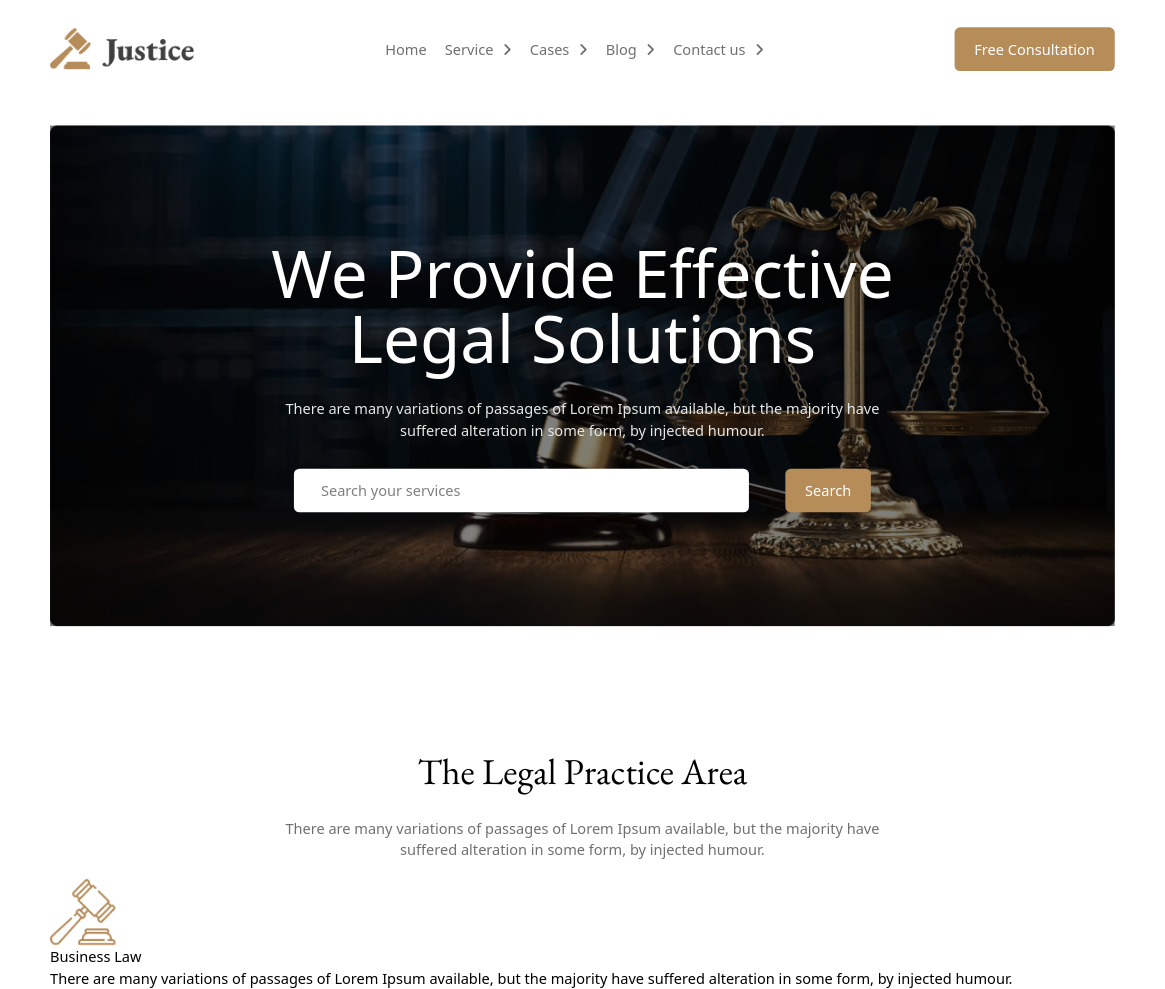
Repository: nahid-hasann/website-6
Page: index.html
The author's editor kept a copy of each file at every save. The page is drawn from the files as they stood at one save, then again after a run of saves.
The browser window is 1280 px wide. The pictures show the whole page, at 91% of full size.

Above is the page before, as saved 2025-07-20 23:43:05.

After the next 2 saves:
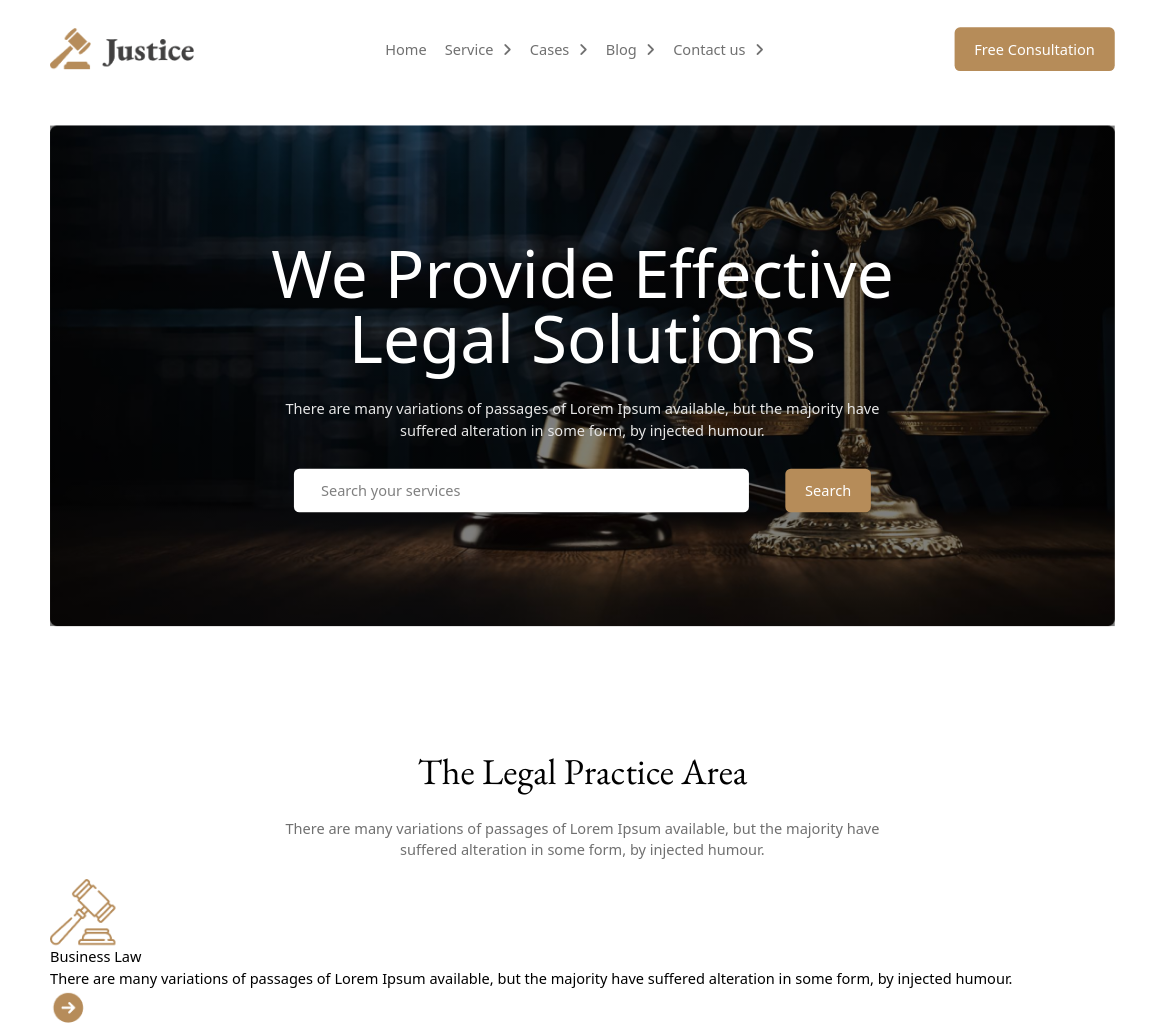
The 2 saves are shown as one change because they came seconds apart.
The last was saved 66 s later.
--- a/index.html
+++ b/index.html
@@ -58,7 +58,7 @@
                   <img src="images/business.png" alt="">
                   <h1>Business Law</h1>
                   <p>There are many variations of passages of Lorem Ipsum available, but the majority have suffered alteration in some form, by injected humour.</p>
-                  <img src="" alt="">
+                  <img src="images/Frame.png" alt="">
             </div>
         </div>
     </section>
